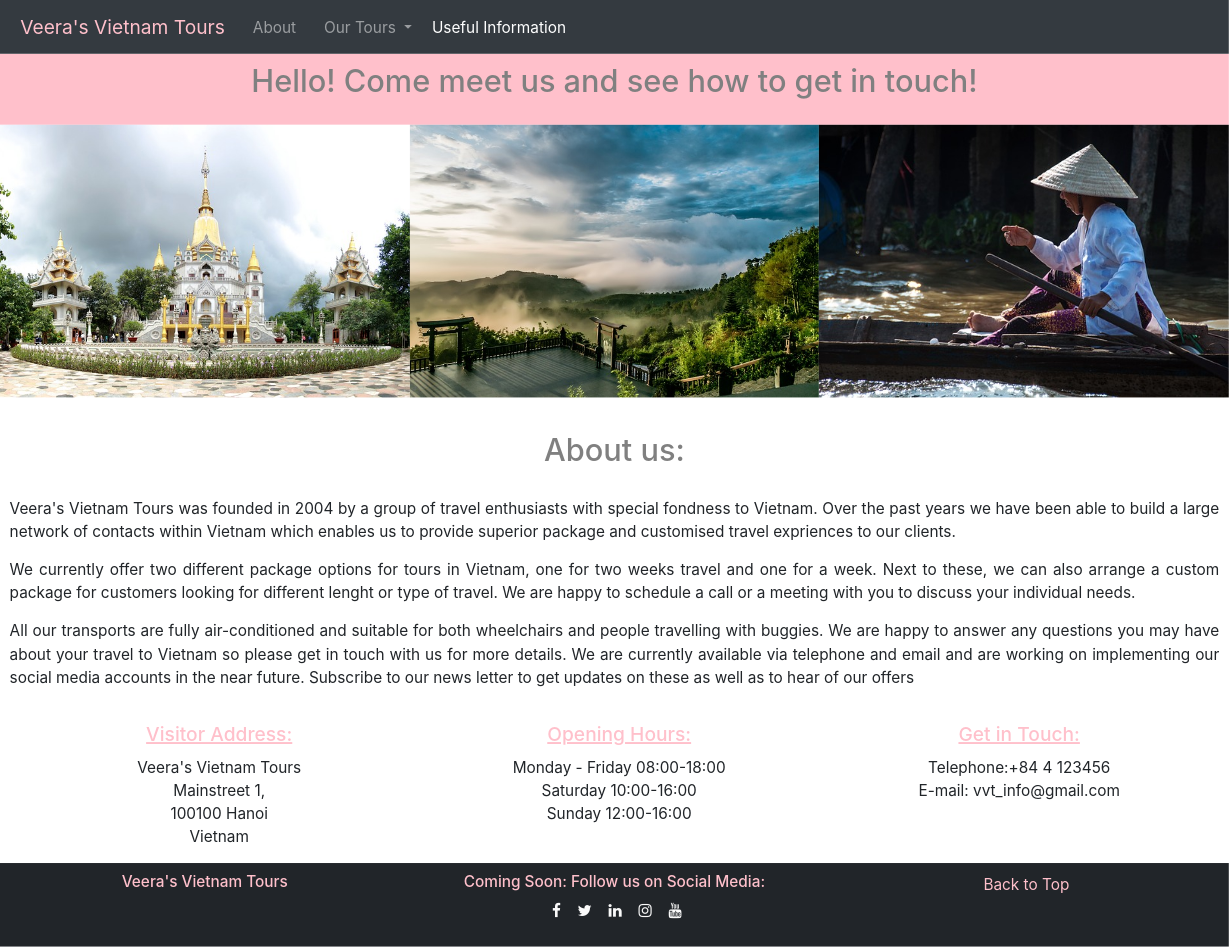
Repository: VAhola/VietnamTour
Page: about.html
The author's editor kept a record of every edit. The page is drawn from the files as they stood at one moment, then again after the next edit.
The browser window is 1280 px wide. The pictures show the whole page, at 96% of full size.

Above is the page before.

After the next edit:
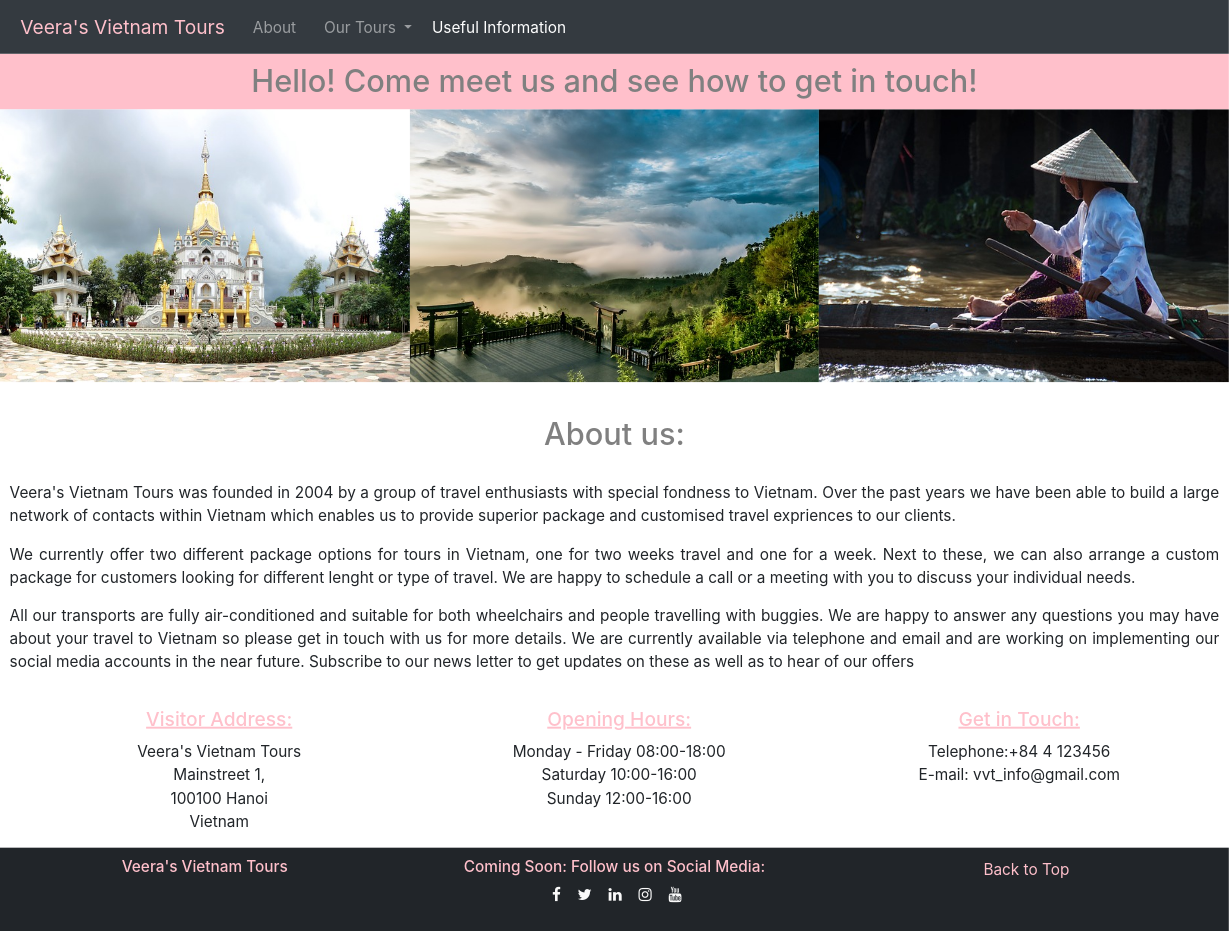
The edit:
--- a/about.html
+++ b/about.html
@@ -42,7 +42,7 @@
 <div class=section3>
     <h2 class="intro1">
      Hello! Come meet us and see how to get in touch!
-    </p>
+    </h2>
  </div>
 
 <div class="gallery1">
